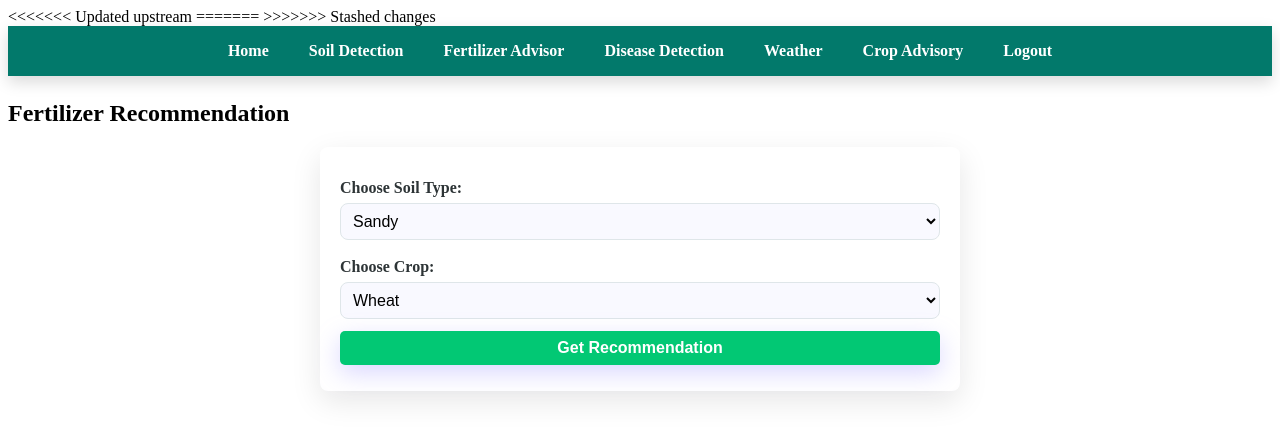
Repository: VanojReddySingam/Deepgreen
Page: http://localhost/fertilizer.php
The author's editor kept a copy of each file at every save. The page is drawn from the files as they stood at one save, then again after a run of saves.
The browser window is 1280 px wide. The pictures show the whole page.
The page is run by PHP 8.4 with error messages shown; the project is at /var/www/html/.

Above is the page before, as saved 2025-09-06 20:39:07.

### fertilizer.php
<!DOCTYPE html>
<html>
<head>
  <title>Fertilizer Recommendation</title>
  <link rel="stylesheet" href="style.css">
  <link href="https://fonts.googleapis.com/css2?family=Poppins:wght@400;600;700&display=swap" rel="stylesheet">
<<<<<<< Updated upstream

=======
>>>>>>> Stashed changes
</head>
<body>
<?php include 'nav.php'; ?>
<h2>Fertilizer Recommendation</h2>
<form method="POST" action="fertilizer_result.php">
  <label>Choose Soil Type:</label>
  <select name="soil_type">
    <option value="sandy">Sandy</option>
    <option value="clay">Clay</option>
    <option value="loamy">Loamy</option>
  </select>
  <label>Choose Crop:</label>
  <select name="crop">
    <option value="wheat">Wheat</option>
    <option value="rice">Rice</option>
    <option value="maize">Maize</option>
  </select>
  <button type="submit">Get Recommendation</button>
</form>
</body>
</html>

### nav.php
<?php echo '
<nav>
  <a href="index.php">Home</a>
  <a href="soil_detection.php">Soil Detection</a>
  <a href="fertilizer.php">Fertilizer Advisor</a>
  <a href="disease_detection.php">Disease Detection</a>
  <a href="weather.php">Weather</a>
  <a href="dashboard.php">Crop Advisory</a>
  <a href="logout.php">Logout</a>
</nav>
'; ?>

### style.css
<<<<<<< Updated upstream
=======

>>>>>>> Stashed changes
/* ---------- Global Styles ---------- */
body {
  font-family: 'Poppins', sans-serif;
  background: linear-gradient(135deg, #ffeaa7, #a29bfe, #81ecec);
  margin: 0;
  color: #2d3436;
  transition: background 0.6s ease;
  overflow-x: hidden;
}

/* ---------- Navigation ---------- */
nav {
  display: flex;
  justify-content: center; /* centers the nav links */
  align-items: center;
  gap: 20px;
  background: linear-gradient(90deg, #fd79a8, #74b9ff);
  color: #fff;
  padding: 18px 36px;
  box-shadow: 0 6px 16px rgba(0, 0, 0, 0.15);
  position: sticky;
  top: 0;
  z-index: 1000;
}

nav a {
  color: #fff;
  margin: 0 12px;
  text-decoration: none;
  font-weight: 600;
  position: relative;
  transition: color 0.3s ease;
}

nav a::after {
  content: "";
  position: absolute;
  bottom: -6px;
  left: 0;
  width: 0%;
  height: 2px;
  background: #fff;
  transition: width 0.3s ease;
}

nav a:hover::after {
  width: 100%;
}

/* ---------- Section / Forms / Containers ---------- */
section, form, .container {
  background: #ffffffdd;
  margin: 40px auto;
  padding: 32px;
  border-radius: 14px;
  max-width: 800px;
  box-shadow: 0 10px 30px rgba(0, 0, 0, 0.1);
  animation: fadeInUp 0.9s ease forwards;
  opacity: 0;
}

.container {
  display: flex;
  flex-direction: column;
  gap: 24px;
}

/* ---------- Inputs & Buttons ---------- */
label {
  font-weight: 600;
  display: block;
  margin-top: 12px;
  color: #2d3436;
}

input, select, button {
  width: 100%;
  margin-top: 8px;
  padding: 12px 16px;
  border-radius: 8px;
  border: 1px solid #dfe6e9;
  font-size: 1em;
  transition: all 0.3s ease;
  background-color: #f9f9ff;
}

input:focus, select:focus {
  border-color: #6c5ce7;
  box-shadow: 0 0 0 4px rgba(108, 92, 231, 0.2);
  outline: none;
}

button {
  background: linear-gradient(90deg, #fd79a8, #a29bfe);
  color: #fff;
  font-weight: bold;
  cursor: pointer;
  border: none;
  border-radius: 8px;
  box-shadow: 0 8px 24px rgba(162, 155, 254, 0.4);
  transition: all 0.4s ease;
}

button:hover {
  transform: scale(1.05);
  box-shadow: 0 12px 28px rgba(162, 155, 254, 0.6);
}

/* ---------- Start Button ---------- */
.start-btn {
  background: linear-gradient(90deg, #55efc4, #81ecec);
  color: #2d3436;
  border-radius: 10px;
  padding: 0.8em 1.6em;
  font-weight: 600;
  text-decoration: none;
  display: inline-block;
  border: none;
  transition: 0.4s ease;
  box-shadow: 0 6px 18px rgba(85, 239, 196, 0.5);
}

.start-btn:hover {
  transform: translateY(-4px) scale(1.03);
  box-shadow: 0 10px 28px rgba(85, 239, 196, 0.6);
}

/* ---------- Card (Image Background + Overlay) ---------- */
.card {
  position: relative;
  border-radius: 14px;
  overflow: hidden;
  color: white;
  text-align: center;
  padding: 24px;
  background-size: cover;
  background-position: center;
  box-shadow: 0 6px 20px rgba(0, 0, 0, 0.08);
  transition: transform 0.3s ease, box-shadow 0.3s ease;
}

.card::before {
  content: "";
  position: absolute;
  inset: 0;
  background: rgba(0,0,0,0.45);
  z-index: 0;
}

.card h3,
.card .action-row {
  position: relative;
  z-index: 1;
}

.card:hover {
  transform: translateY(-6px);
  box-shadow: 0 12px 32px rgba(0, 0, 0, 0.12);
  cursor: pointer;
}

.card h3 {
  margin-bottom: 1.2em;
  font-size: 1.3rem;
}

/* ---------- Card Background Images ---------- */
.soil-card { background-image: url('assets/soil.png'); }
.fertilizer-card { background-image: url('assets/fertilizer.png'); }
.plant-card { background-image: url('assets/plant.png'); }
.weather-card { background-image: url('assets/weather.png'); }
.crop-card { background-image: url('assets/crop.png'); }

/* ---------- Action Row ---------- */
.action-row {
  display: flex;
  justify-content: center;
  align-items: center;
  gap: 12px;
  flex-wrap: wrap;
}

/* ---------- Responsive ---------- */
@media (max-width: 600px) {
  .action-row {
    flex-direction: column;
  }
}

/* ---------- Animations ---------- */
@keyframes fadeInUp {
  0% {
    transform: translateY(30px);
    opacity: 0;
  }
  100% {
    transform: translateY(0);
    opacity: 1;
  }
}

@keyframes pulse {
  0% { opacity: 1; }
  50% { opacity: 0.4; }
  100% { opacity: 1; }
}

/* ---------- Hero Header ---------- */
/* ---------- Hero Header ---------- */
.hero-header {
  width: 100%;
  height: 20vh; /* smaller height */
  background: url('assets/farmer-ploughing.jpg') center center / cover no-repeat;
  position: relative;
  display: flex;
  align-items: center;
  justify-content: center;
}

.hero-overlay {
  background-color: rgba(0, 0, 0, 0.45);
  width: 100%;
  height: 100%;
  text-align: center;
  padding: 0; /* remove big padding */
  display: flex;
  flex-direction: column;
  justify-content: center;
  align-items: center;
  color: #fff;
}

.hero-title {
  font-size: 3.5rem;
  font-weight: 700;
  margin: 0;          /* remove top/bottom margin */
  line-height: 1.1;   /* tighten spacing */
}

.hero-subtitle {
  color: #f1f1f1;
  font-size: 0.8rem;
  margin: 0.5em 0 0 0; /* only small gap above */
  text-shadow: 1px 1px 4px rgba(0,0,0,0.7);
  line-height: 1.3;
}


/* Hero content below image */
.hero-content {
  max-width: 800px;
  margin: 2em auto;
  text-align: center;
}

/* ---------- Feature Section ---------- */
.features {
  max-width: 1200px;
  margin: 3em auto;
  padding: 0 2em;
}

.feature-grid {
  display: grid;
  grid-template-columns: repeat(auto-fit, minmax(280px, 1fr));
  gap: 2em;
}

/* ---------- Article Section ---------- */
.article-section {
  max-width: 800px;
  margin: 4em auto 2em auto;
  padding: 30px;
  background: #ffffffee;
  border-radius: 12px;
  box-shadow: 0 8px 24px rgba(0, 0, 0, 0.08);
  font-size: 1.05em;
  color: #444;
  line-height: 1.7;
  animation: fadeInUp 0.8s ease forwards;
  opacity: 0;
}

.article-section h2 {
  font-size: 1.8rem;
  color: #00796b;
  margin-bottom: 1em;
  font-weight: 700;
}

.article-section p {
  margin-bottom: 1.5em;
}
<<<<<<< Updated upstream
=======
body { font-family: Arial,sans-serif; background: #f6faf7; margin: 0;}
nav { background: #02796b; color: #fff; padding: 16px;}
nav a { color: #fff; margin: 0 10px; text-decoration: none; }
section, form, .container { background: #fff; margin: 20px auto; padding: 20px; border-radius: 8px; max-width: 600px;}
label { font-weight: 600;}
input, select, button { margin: 6px 0; padding: 8px;}
button { background: #02c874; color: #fff; border: none; border-radius: 5px; cursor: pointer;}
.card {box-shadow: 0 2px 8px rgba(0,0,0,0.07);}
.start-btn { background: #00a46c; color: #fff; border-radius: 4px; padding: 0.5em 1.2em; font-weight: 600; text-decoration: none; display:inline-block; border:none; }
#loading {color: #d00;}
h2, h3, h4 {margin-top:1em;}
@media (max-width:900px) {.container {flex-direction:column;align-items:center;} }

>>>>>>> Stashed changes

After the next 2 saves:
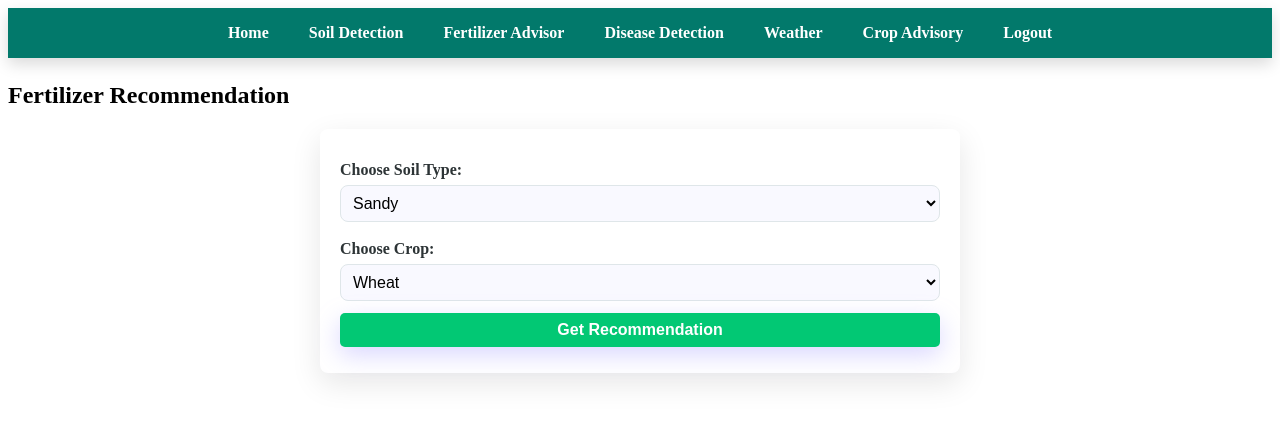
The 2 saves are shown as one change because they came seconds apart.
The last was saved 18 s later.
--- a/fertilizer.php
+++ b/fertilizer.php
@@ -4,10 +4,6 @@
   <title>Fertilizer Recommendation</title>
   <link rel="stylesheet" href="style.css">
   <link href="https://fonts.googleapis.com/css2?family=Poppins:wght@400;600;700&display=swap" rel="stylesheet">
-<<<<<<< Updated upstream
-
-=======
->>>>>>> Stashed changes
 </head>
 <body>
 <?php include 'nav.php'; ?>
